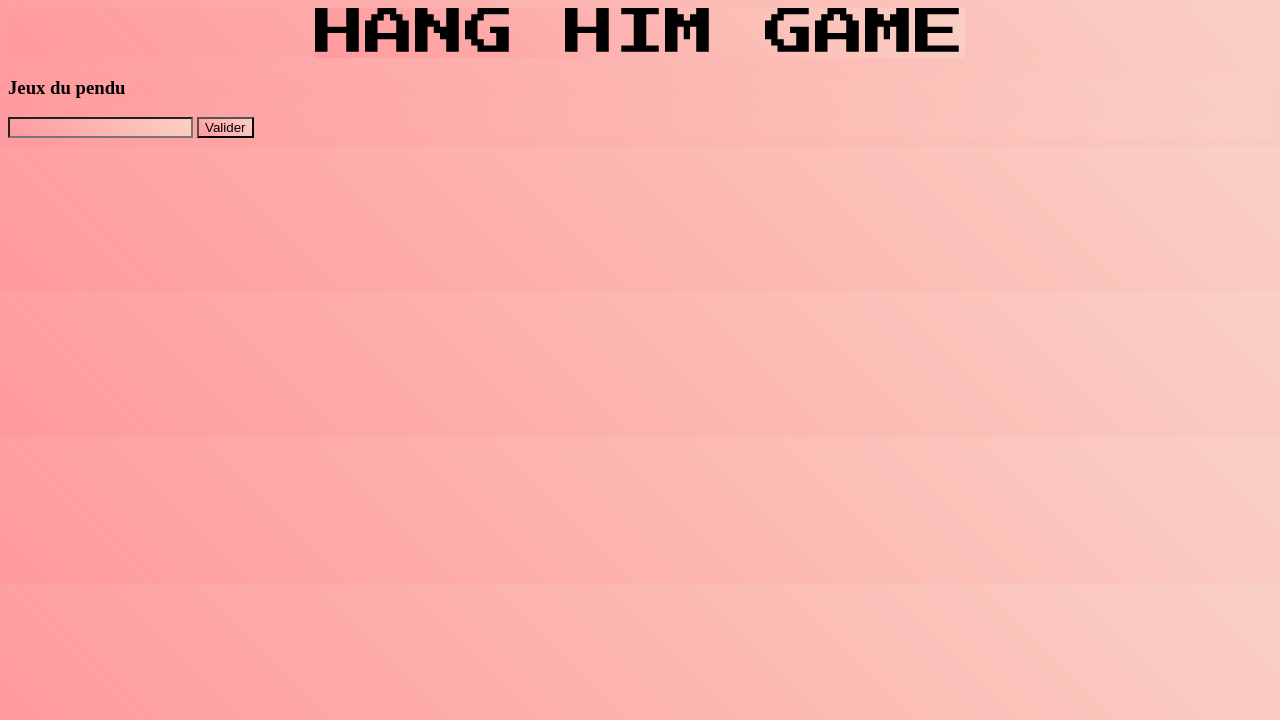
Repository: leandroBarbosaFR/Game-HangHim
Page: index.html
An editor plug-in stored every save of this project. The page is shown before and after the next save, followed by the edit.
The browser window is 1280 px wide. The pictures show the whole page.

Above is the page before, as saved 2022-07-22 17:52:21.

### index.html
<!DOCTYPE html>
<html lang="en">
<head>
  <meta charset="UTF-8">
  <meta http-equiv="X-UA-Compatible" content="IE=edge">
  <meta name="viewport" content="width=device-width, initial-scale=1.0">
  <link rel="stylesheet" href="style.css">
  <link rel="preconnect" href="https://fonts.googleapis.com">
<link rel="preconnect" href="https://fonts.gstatic.com" crossorigin>
<link href="https://fonts.googleapis.com/css2?family=Press+Start+2P&display=swap" rel="stylesheet">
  <title>Hang Him Game</title>
</head>
<body>
  <div class="container">
    <span>HANG HIM GAME</span>
  </div>

  <section class="under-modal">
    <section id="jeux">
      <h1>Jeux du pendu</h1>
      <div id="jeux-container">
      </div>
      <form action="" id="input-form" name="pendu" method="get">
        <input type="text" id="input-letter" name="input-letter" maxlength="1">
        <input type="submit" value="Valider">
      </form>
    </section>
  </section>

</body>
</html>

### style.css
* {
  background-image: linear-gradient(45deg, #ff9a9e 0%, #fad0c4 99%, #fad0c4 100%);
}

.container {
  width: 100%;
  height: 100%;
  display: flex;
  justify-content: center;
  align-items: center;
  flex-direction: column;

}

span {
  font-family: 'Press Start 2P', cursive;
  font-size: 50px;
}

After the next save:
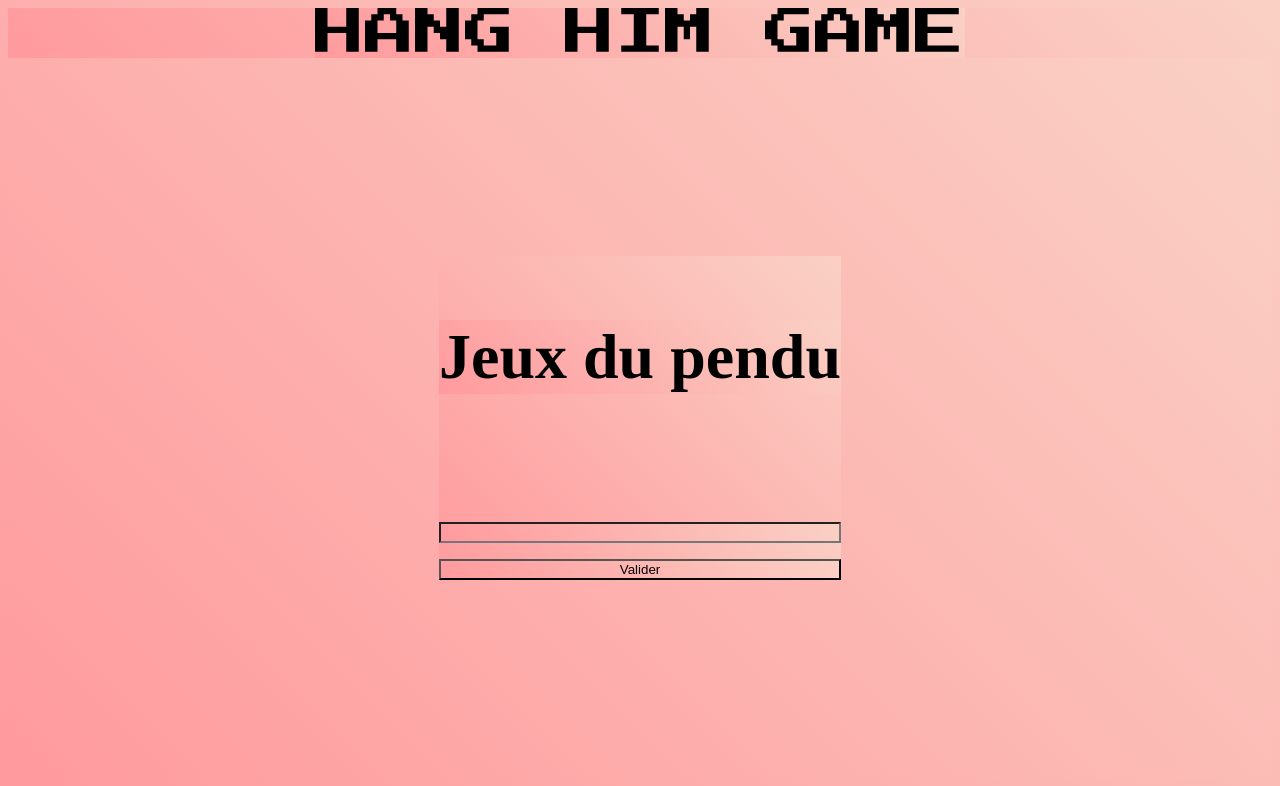
Saved 17 s later.
--- a/style.css
+++ b/style.css
@@ -16,3 +16,112 @@ span {
   font-family: 'Press Start 2P', cursive;
   font-size: 50px;
 }
+
+ul,
+ol,
+a {
+  text-decoration: none;
+  list-style: none;
+  color: black;
+}
+
+.under-modal {
+  display: flex;
+  justify-content: center;
+  align-items: center;
+  flex-flow: column wrap;
+  gap: 3rem;
+  background-color: bisque;
+  height: 100vh;
+  width: 100%;
+}
+
+.under-modal h1 {
+  font-size: 4rem;
+}
+
+button {
+  font-size: 2rem;
+  padding: 1.5rem 2.25rem;
+  border: none;
+  cursor: pointer;
+  border-radius: 50px;
+  background: linear-gradient(145deg, #e6cdb0, #fff4d2);
+  box-shadow: 20px 20px 60px #d9c2a7, -20px -20px 60px #ffffe1;
+}
+
+button:hover {
+  border-radius: 50px;
+  background: #ffe4c4;
+  box-shadow: inset 20px 20px 60px #d9c2a7, inset -20px -20px 60px #ffffe1;
+}
+
+.modal {
+  position: relative;
+  top: calc(-50vh - 200px);
+  height: max-content;
+  width: 400px;
+  margin: 0 auto;
+  padding: 3rem;
+  background: rgba(0, 0, 0, 0.12);
+  border-radius: 16px;
+  box-shadow: 0 4px 30px rgba(0, 0, 0, 0.1);
+  backdrop-filter: blur(9.5px);
+  -webkit-backdrop-filter: blur(9.5px);
+  border: 1px solid rgba(0, 0, 0, 0.32);
+}
+
+.close {
+  position: absolute;
+  top: 1rem;
+  right: 1rem;
+  color: red;
+  font-size: 2rem;
+}
+
+.close:hover {
+  transform: scale(1.5);
+  cursor: pointer;
+}
+
+
+.formulaire{
+  padding: 1rem;
+}
+
+form{
+
+    display: flex;
+    flex-flow: column wrap;
+    gap: 1rem;
+  }
+
+  #jeux{
+    display: flex;
+    flex-flow: column wrap;
+    gap: 2rem;
+  }
+
+  #jeux-container{
+    display: flex;
+    gap: 1rem;
+    flex-flow: row wrap;
+  }
+
+  .letter{
+    height: max-content;
+    width: max-content;
+    border-bottom: 2px solid black;
+    font-size: 2rem;
+    text-transform: uppercase;
+  }
+
+  .lettersPlayed{
+    display: flex;
+  flex-flow: row wrap;
+  gap:1rem;
+}
+
+.hidden {
+  display: none;
+}
